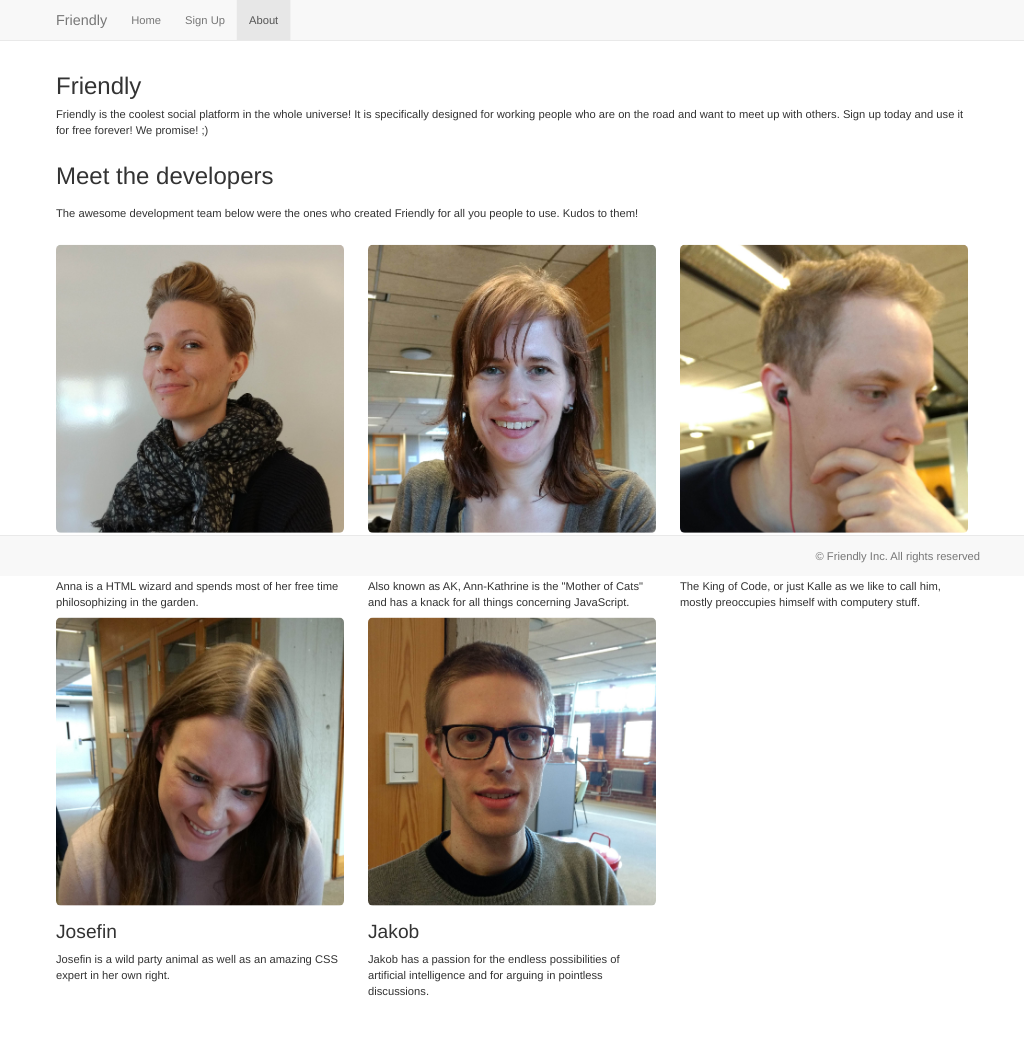
Repository: kristallklart/friendly_java
Page: http://localhost/FriendlyWeb/About.jsp
An editor plug-in stored every save of this project. The page is shown before and after the next save, followed by the edit.
The browser window is 1280 px wide. The pictures show the whole page, at 80% of full size.
Some web libraries are served in a nearby version. The page is served by Tomcat 9. Other server files are loaded and not shown.

Above is the page before, as saved 2017-05-02 12:27:28.

### FriendlyWeb/WebContent/About.jsp
<%@ page language="java" contentType="text/html; charset=ISO-8859-1"
    pageEncoding="ISO-8859-1"%>
<!DOCTYPE html>
<html lang="en">

<head>

	<meta charset="UTF-8">
	<meta http-equiv="X-UA-Compatible" content="IE=edge">
	<meta name="viewport" content="width=device-width, initial-scale=1">
	<title>Friendly - About</title>
	<link rel="stylesheet" href="/FriendlyWeb/lib/bootstrap/css/bootstrap.min.css">
  	<link rel="stylesheet" href="/FriendlyWeb/css/style.css">
</head>

<body>
	<!-- Navbar header-->
	<nav class="navbar navbar-default navbar-fixed-top">
		<div class="container">
			<!-- Brand and toggle get grouped for better mobile display -->
			<div class="navbar-header">
				<button type="button" class="navbar-toggle collapsed" data-toggle="collapse" data-target="#bs-example-navbar-collapse-1"
				 aria-expanded="false">
				<span class="sr-only">Toggle navigation</span>
				<span class="icon-bar"></span>
				<span class="icon-bar"></span>
				<span class="icon-bar"></span>
			</button>
				<a class="navbar-brand" href="#">Friendly</a>
			</div>

			<!-- Collect the nav links, forms, and other content for toggling -->
			<div class="collapse navbar-collapse" id="bs-example-navbar-collapse-1">
				<ul class="nav navbar-nav">
					<li><a href="/FriendlyWeb/Index.jsp">Home</a></li>
					<li><a href="/FriendlyWeb/SignUp.jsp">Sign Up </a></li>
					<li class="active"><a href="#">About<span class="sr-only">(current)</span></a></li>

				</ul>
			</div>
			<!-- /.navbar-collapse -->
		</div>
		<!-- /.container -->
	</nav>

<div class="container">
	<div class="row">
		<div class="col-xs-12" style="background-color:white;">
			<h2> Friendly </h2>
		</div>
	</div>
	<div class="row">
		<div class="col-xs-12" style="background-color:white;">
			<p> Friendly is the coolest social platform in the whole universe!
				It is specifically designed for working people who are on the road and want to meet up with others.
				Sign up today and use it for free forever! We promise! ;) </p>
		</div>
	</div>
	<div class="row">
		<div class="col-xs-12" style="background-color:white; ">
			<h2> Meet the developers <h2>
		</div>
	</div>
	<div class="row">
		<div class="col-xs-12" style="background-color:white;">
			<p class="default-bottom-padding"> The awesome development team below were the ones who created Friendly for all you people to use. Kudos to them! </p>
		</div>
	</div>
	<div class="row">
		<div class="col-xs-12 col-sm-6 col-md-4 col-lg-4" style="background-color:white;">
			<img class="img-responsive img-rounded" src="/FriendlyWeb/assets/img/anna3.jpg">
			<h3> Anna </h3>
			<p> Anna is a HTML wizard and spends most of her free time philosophizing in the garden. </p>
		</div>
		<div class="col-xs-12 col-sm-6 col-md-4 col-lg-4" style="background-color:white;">
			<img class="img-responsive img-rounded" src="/FriendlyWeb/assets/img/ak3.jpg">
			<h3> Ann-Kathrine </h3>
			<p> Also known as AK, Ann-Kathrine is the "Mother of Cats" and has a knack for all things concerning JavaScript. </p>
		</div>
		<div class="col-xs-12 col-sm-6 col-md-4 col-lg-4" style="background-color:white;">
			<img class="img-responsive img-rounded" src="/FriendlyWeb/assets/img/kalle3.jpg">
			<h3> Kalle </h3>
			<p> The King of Code, or just Kalle as we like to call him, mostly preoccupies himself with computery stuff. </p>
		</div>
		<div class="col-xs-12 col-sm-6 col-md-4 col-lg-4" style="background-color:white;">
			<img class="img-responsive img-rounded" src="/FriendlyWeb/assets/img/jossan4.jpg">
			<h3> Josefin </h3>
			<p> Josefin is a wild party animal as well as an amazing CSS expert in her own right. </p>
		</div>
		<div class="col-xs-12 col-sm-6 col-md-4 col-lg-4" style="background-color:white;">
			<img class="img-responsive img-rounded" src="/FriendlyWeb/assets/img/jakob3.jpg">
			<h3> Jakob </h3>
			<p> Jakob has a passion for the endless possibilities of artificial intelligence and for arguing in pointless discussions.</p>
		</div>
		<div class="col-xs-12 col-sm-6 col-md-4 col-lg-4" style="background-color:white;">
			<p> </p>
		</div>
	</div>
</div>


	<%@ include file = "/html/footer.html" %>

	<script src="https://ajax.googleapis.com/ajax/libs/jquery/3.2.1/jquery.min.js"></script>
  	<script src="/FriendlyWeb/lib/bootstrap/js/bootstrap.min.js"></script>
</body>


</html>

### FriendlyWeb/WebContent/html/footer.html
 <!-- nav-footer -->
 <nav class="navbar navbar-default navbar-fixed-bottom">
   <div class="container">
     <p class= "navbar-text navbar-right">© Friendly Inc. All rights reserved</p>
   </div>
</nav> <!-- /nav-footer-->

### FriendlyWeb/WebContent/css/style.css
body {
	padding-top: 70px;
	padding-bottom: 70px;
}

.default-top-padding {
	padding-top: 20px;
}

.default-bottom-padding {
	padding-bottom: 20px;
}

.default-top-margin {
	margin-top: 20px;
}

.default-bottom-margin {
	margin-bottom: 20px;
}

.equal {
  display: flex;
  display: -webkit-flex;
}
.vertical-align {
  display: flex;
  flex-direction: row;
}

.vertical-align > [class^="col-"],
.vertical-align > [class*=" col-"] {
  display: flex;
  align-items: center;
}
.icon-padding {
  padding: 3px;
}

.btn {
    white-space: normal;
}

.drop-colour {
    color: white;
    background-color: green;
  }
  .row-padding{
    padding-top: 4px;
    padding-bottom: 4px;
  }


.image-formatting{
	height: 50%;
}

Loaded but not shown: FriendlyWeb/WebContent/lib/bootstrap/css/bootstrap.min.css (library); FriendlyWeb/WebContent/lib/bootstrap/js/bootstrap.min.js (library)

After the next save:
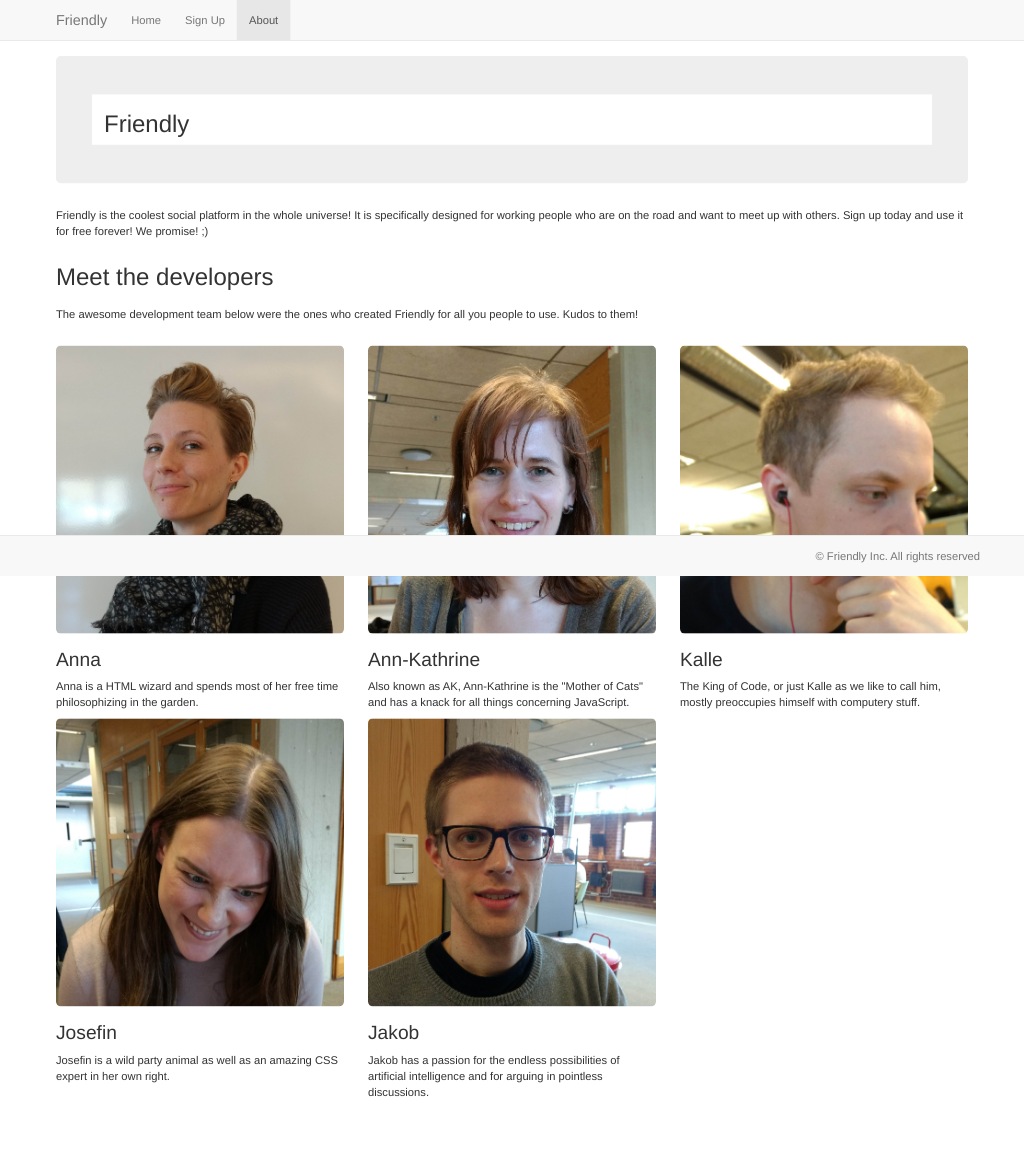
Saved 3 min 13 s later.
--- a/FriendlyWeb/WebContent/About.jsp
+++ b/FriendlyWeb/WebContent/About.jsp
@@ -44,9 +44,11 @@
 	</nav>
 
 <div class="container">
-	<div class="row">
-		<div class="col-xs-12" style="background-color:white;">
-			<h2> Friendly </h2>
+	<div class="jumbotron">
+		<div class="row">
+			<div class="col-xs-12" style="background-color:white;">
+				<h2> Friendly </h2>
+			</div>
 		</div>
 	</div>
 	<div class="row">
